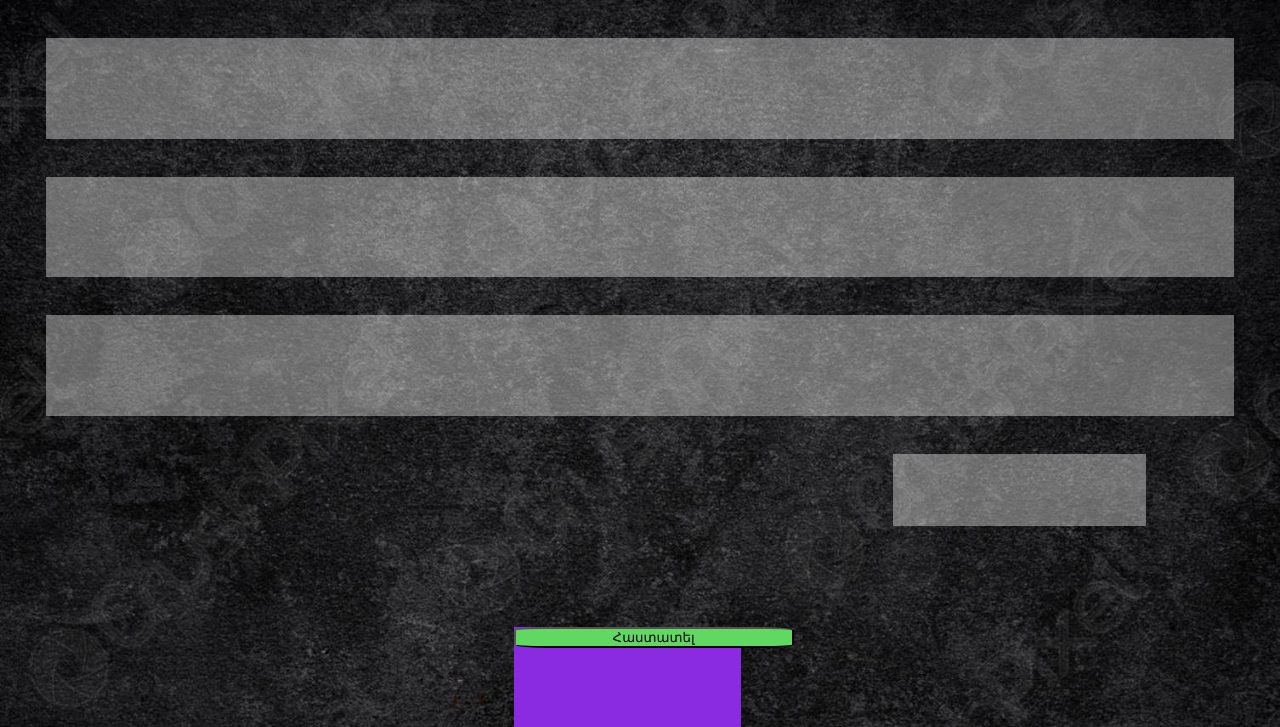
Repository: NarekTovmasyan/PizzaManue
Page: public/basket.html
An editor plug-in stored every save of this project. The page is shown before and after the next save, followed by the edit.
The browser window is 1280 px wide. The pictures show the whole page.

Above is the page before, as saved 2022-01-20 12:53:33.

### public/basket.html
<!DOCTYPE html>
<html lang="en">
<head>
    <meta charset="UTF-8">
    <meta http-equiv="X-UA-Compatible" content="IE=edge">
    <meta name="viewport" content="width=device-width, initial-scale=1.0">
    <link rel="stylesheet" href="basket.css">
    <title>BASKET</title>

</head>
<body>
    <div class= "main">
        <div class ="prop">
            <div></div>
            <div></div>
            <div></div>
            <div></div>
            <div></div>
            <div></div>
         </div>
        <div class ="prop">
            <div></div>
            <div></div>
            <div></div>
            <div></div>
            <div></div>
            <div></div>
        </div>
        <div class ="prop">
            <div></div>
            <div></div>
            <div></div>
            <div></div>
            <div></div>
            <div></div>
        </div>
        <div class ="sum"></div>
        <div class = "confirm"><button class = "button">Հաստատել</button></div>
    </div>
</body>
</html>

### public/basket.css
body {
    background-image: url(./images/background.jpg);
    background-repeat: no-repeat;
    background-size: cover;
  }
 .main{
      width: 100%;
      height: 80vh;
}
.prop{
  background-color: rgba(255, 255, 255, 0.377) ;
  color: grey;
  width: 94%;
  height: 14vh;
  margin-top: 3%;
  margin-left: 3%;
}
.sum{
    background-color: rgba(255, 255, 255, 0.377) ;
    width: 20%;
    height: 10vh;
    margin-top: 3%;
    margin-left: 70%;
}
.confirm{
    background-color: blueviolet;
    width: 18%;
    height: 100px;
    margin-top: 8%;
    margin-bottom: 10%;
    margin-left:40%;


}
.button{
    background-color:rgb(97, 216, 97);
    border-radius: 15%;
    text-align:center;
    width: 280px;
}

After the next save:
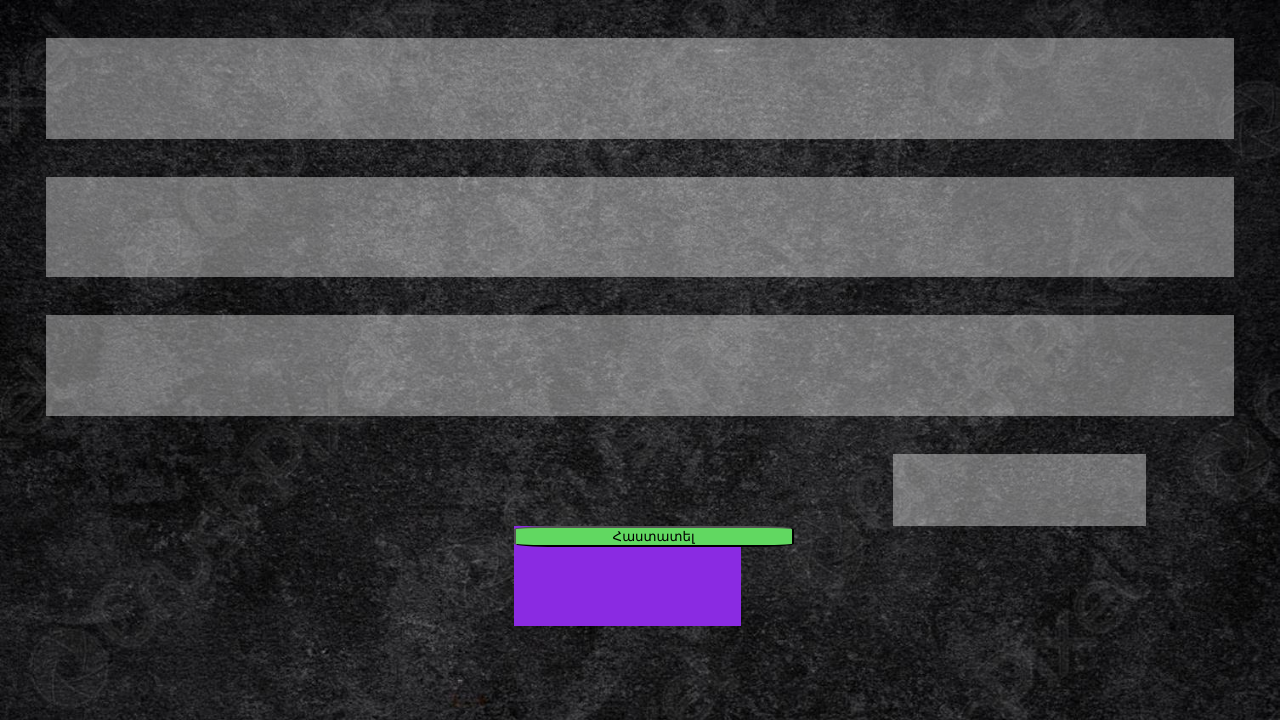
Saved 75 s later.
--- a/public/basket.css
+++ b/public/basket.css
@@ -26,8 +26,7 @@
     background-color: blueviolet;
     width: 18%;
     height: 100px;
-    margin-top: 8%;
-    margin-bottom: 10%;
+
     margin-left:40%;
 
 

After the save that followed:
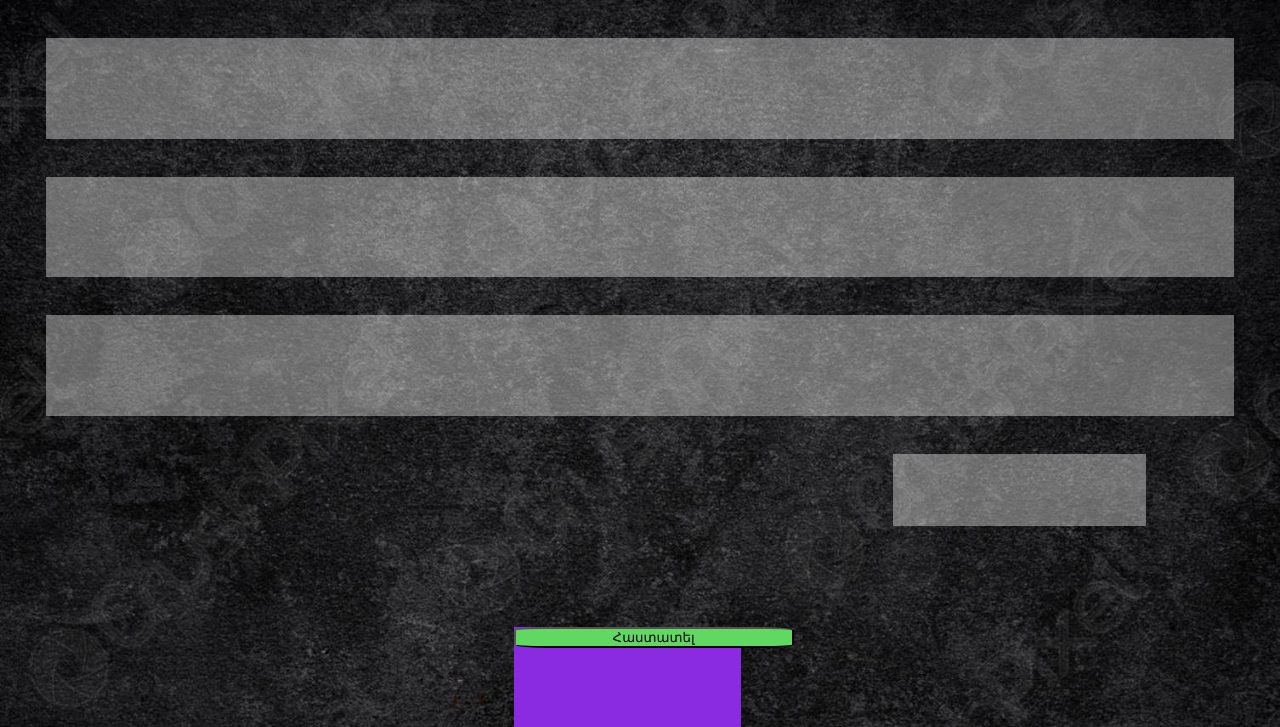
Saved 118 s later.
--- a/public/basket.css
+++ b/public/basket.css
@@ -26,7 +26,7 @@
     background-color: blueviolet;
     width: 18%;
     height: 100px;
-
+    margin-top: 8%;
     margin-left:40%;
 
 
